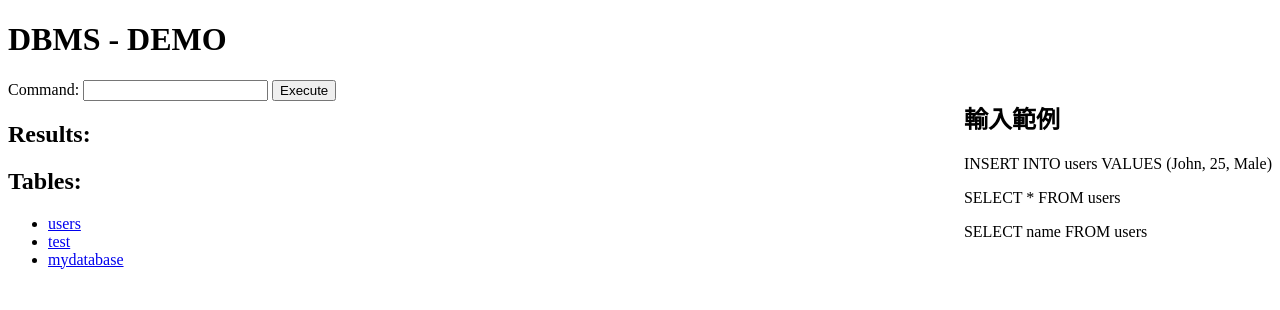
Repository: mark6969/DBMS-use-python
Page: http://localhost/
The author's editor kept a copy of each file at every save. The page is drawn from the files as they stood at one save, then again after the next save.
The browser window is 1280 px wide. The pictures show the whole page.
The page is served by the project's application, run on Flask 3 (run.py).

Above is the page before, as saved 2023-05-19 15:49:34.

After the next save:
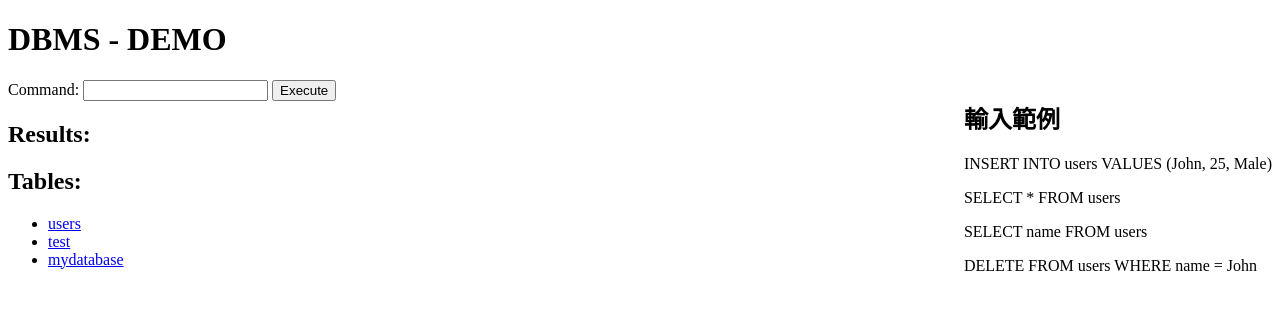
Saved 35 s later.
--- a/templates/index.html
+++ b/templates/index.html
@@ -23,6 +23,7 @@
         <p>INSERT INTO users VALUES (John, 25, Male)</p>
         <p>SELECT * FROM users</p>
         <p>SELECT name FROM users</p>
+        <p>DELETE FROM users WHERE name = John</p>
     </div>
     <form method="POST" action="/">
         <label for="command">Command:</label>
